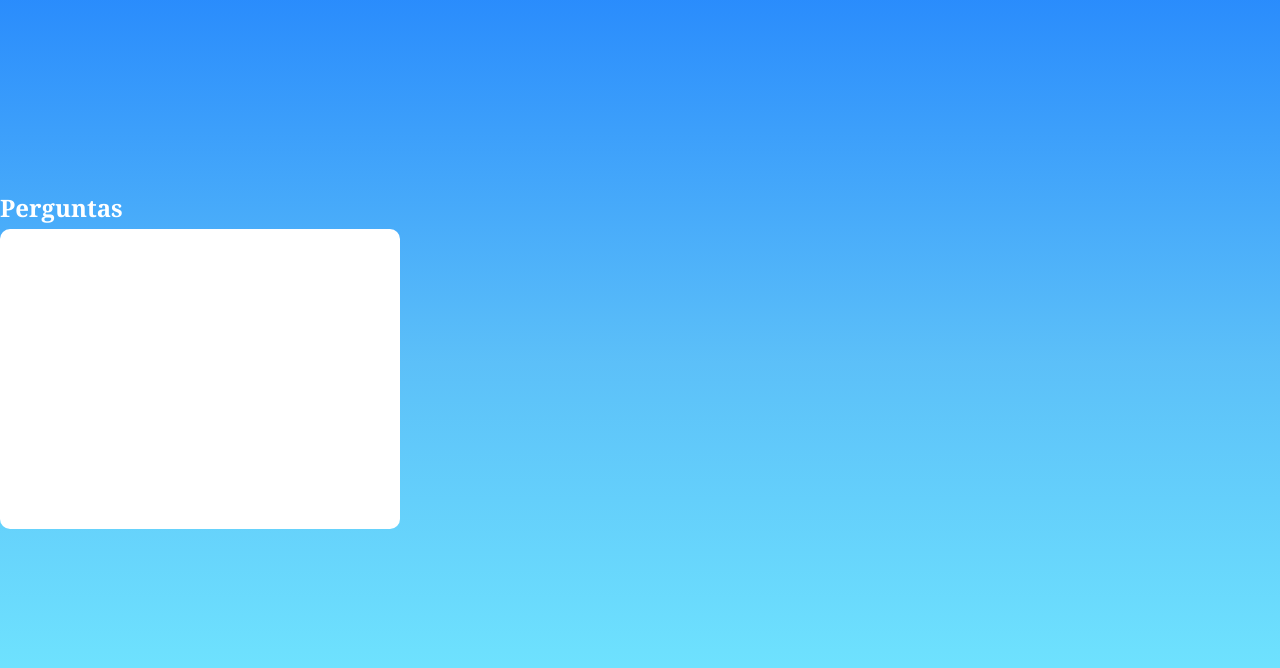
Repository: LaisSilvaO/Projeto-Quizz
Page: telas/index.html
An editor plug-in stored every save of this project. The page is shown before and after the next save, followed by the edit.
The browser window is 1280 px wide. The pictures show the whole page.

Above is the page before, as saved 2024-12-24 14:27:24.
Not found: telas/script.js

### telas/index.html
<!DOCTYPE html>
<html lang="pt-br">

<head>
    <meta charset="UTF-8">
    <meta name="viewport" content="width=device-width, initial-scale=1.0">
    <title>Perguntas</title>
    <link rel="stylesheet" href="../img/tela.css">
</head>

<body>
    <h2> Perguntas</h2>
    <main>
        <div class="content">
            <span class="qtddquestao"></span>
            <span class="questao"></span>
            <div class="resposta"></div>
        </div>
        <div class="final">
            <span></span>
            <button>Reiniciar Jogo</button>
        </div>
    </main>



    <script src="script.js" type="module"></script>
</body>

</html>

### img/tela.css
* {
  margin: 0;
  padding: 0;
  box-sizing: border-box;
  font-family: Cambria, Cochin, Georgia, Times, 'Times New Roman', serif;
}

body {
  height: 100vh;
  display: flex;
  justify-content: center;
  flex-direction: column;
  gap: 5px;
  background: linear-gradient(180deg, rgba(19, 128, 252, 0.9) 0%, rgba(80, 187, 248, 0.932), rgba(103, 230, 255, 0.932) 100%);
}

body h2 {
  color: white;
}

main {
  background-color: white;
  padding: 10px;
  border-radius: 10px;
  width: 100%;
  max-width: 400px;
  min-height: 300px;
  display:flex;
  align-items: center;
  justify-content: center;
}

.content {
  display: flex;
  flex-direction: column;
  width: 100px;
  gap: 10px;
}

.qtddquestao {
  text-align: end;
}

.resposta {
  display: flex;
  flex-direction: column;
  gap: 5px;
}

button {
  width: 100px;
  text-align: start;
  padding: 5px;
  border: none;
  border-radius: 5px;
  cursor: pointer;
  background-color: grey;
  color: white;
}

.final {
  display: none;
  flex-direction: column;
  gap: 10px;
}

After the next save:
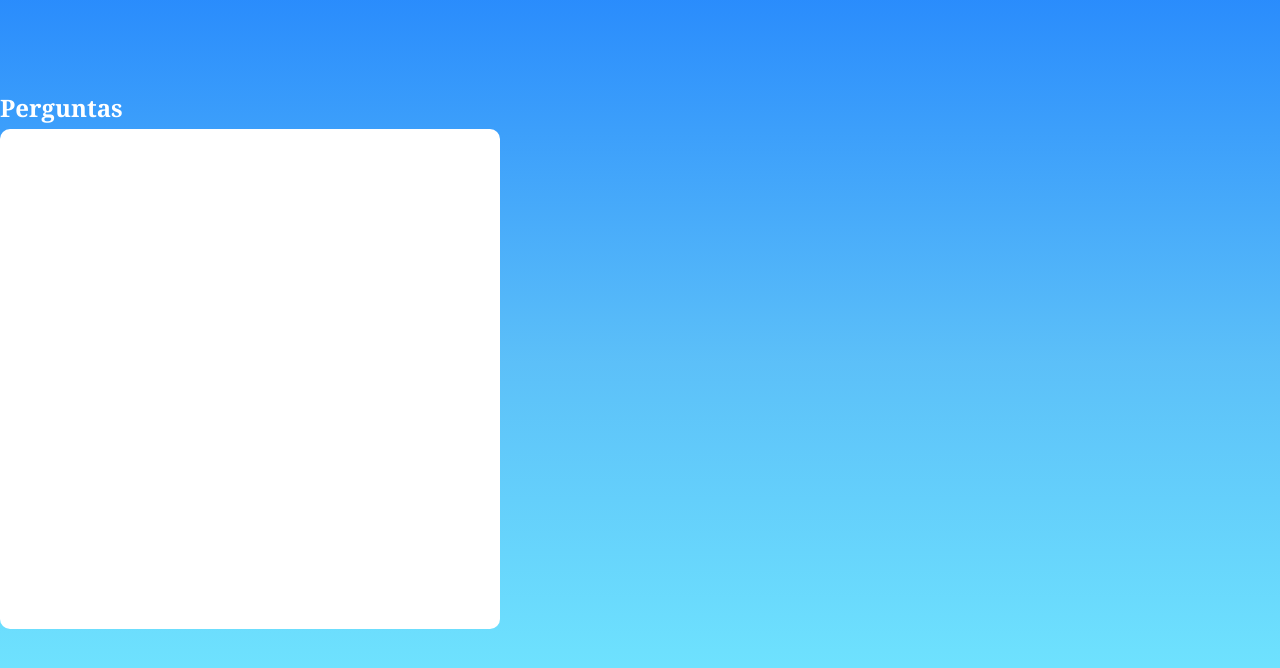
Saved 16 s later.
--- a/img/tela.css
+++ b/img/tela.css
@@ -23,8 +23,8 @@ main {
   padding: 10px;
   border-radius: 10px;
   width: 100%;
-  max-width: 400px;
-  min-height: 300px;
+  max-width: 500px;
+  min-height: 500px;
   display:flex;
   align-items: center;
   justify-content: center;
